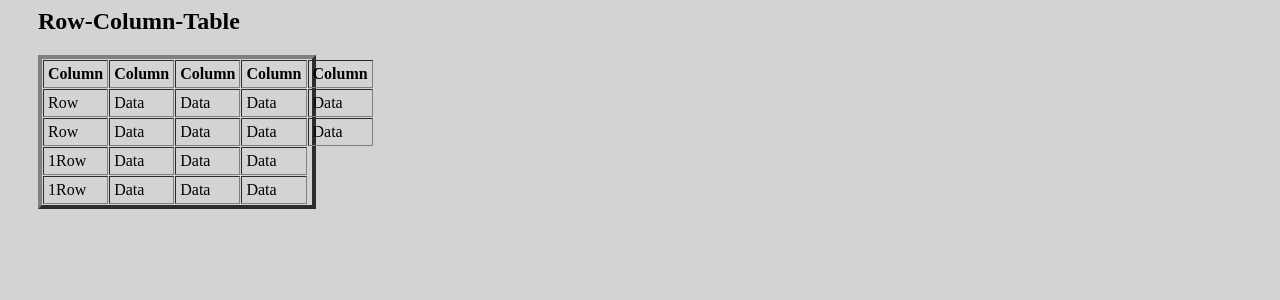
Repository: AdityaTech-Pro/FullStackWithBridgelabz
Page: Assignment2/table/index.html
The author's editor kept a copy of each file at every save. The page is drawn from the files as they stood at one save, then again after the next save.
The browser window is 1280 px wide. The pictures show the whole page.

Above is the page before, as saved 2025-10-15 08:49:53.

### Assignment2/table/index.html
<html>

<head>
    <style>
        body {
            background-color: lightgray;
        }

        h1 {
            text-align: center;
        }

        .center {
            display: block;
            margin-left: 30;
            width: 22%;
        }
    </style>

    <tital>
        <h2 class="center"> Row-Column-Table </h2>
    </tital>


</head>

<body>


    <table border="4" cellspacing="1" cellpadding="4" class="center">
        <tr>
            <th>Column</th>
            <th>Column</th>
            <th>Column</th>
            <th>Column</th>
            <th>Column</th>
        </tr>
        <tr>
            <td>Row</td>
            <td>Data</td>
            <td>Data</td>
            <td>Data</td>
            <td>Data</td>
        </tr>
        <tr>
            <td>Row</td>
            <!--<td>DSA</td>-->
            <td>Data</td>
            <td>Data</td>
            <td>Data</td>
            <td>Data</td>
        </tr>
        <tr>
            <td>1Row</td>
            <td>Data</td>
            <td>Data</td>
            <td>Data</td>
        </tr>
        <tr>
            <td>1Row</td>
            <td>Data</td>
            <td>Data</td>
            <td>Data</td>
        </tr>

    </table>
</body>

</html>

After the next save:
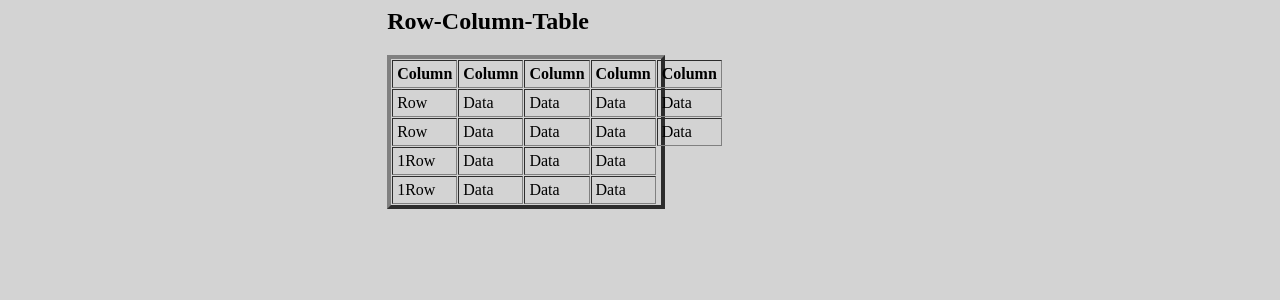
Saved 17 s later.
--- a/Assignment2/table/index.html
+++ b/Assignment2/table/index.html
@@ -12,7 +12,7 @@
 
         .center {
             display: block;
-            margin-left: 30;
+            margin-left: 30%;
             width: 22%;
         }
     </style>
